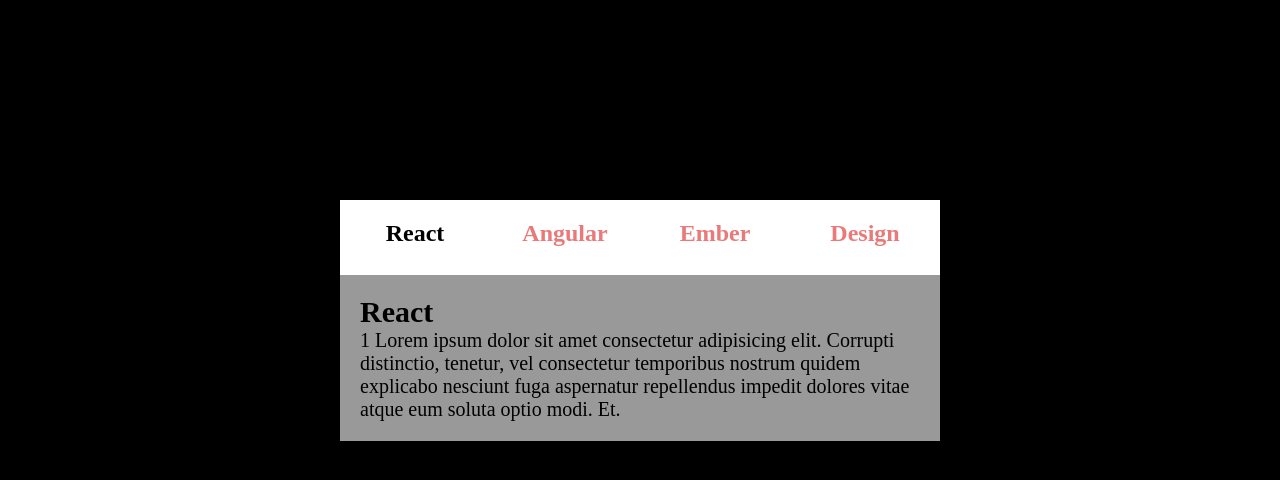
Repository: PCTai/javascript-coban
Page: tab UI/index.html
These files come from the project's save history. The page is drawn as it stood at one moment and after the next save; the edit follows.
The browser window is 1280 px wide. The pictures show the whole page.

Above is the page before, as saved 2022-02-10 09:40:12.
Console error: TypeError: Cannot set properties of undefined (setting 'width')

### tab UI/index.html
<!DOCTYPE html>
<html lang="en">
<head>
    <meta charset="UTF-8">
    <meta http-equiv="X-UA-Compatible" content="IE=edge">
    <meta name="viewport" content="width=device-width, initial-scale=1.0">
    <title>Document</title>
    <link rel="stylesheet" href="./style.css">
</head>
<body>
    <div class="container">
        <div class="tab">
            <div class="tab-item active">React</div>
            <div class="tab-item">Angular</div>
            <div class="tab-item">Ember</div>
            <div class="tab-item">Design</div>

        </div>
        <div class="tab-line"></div>
        <div class="box">
            <div class="box-item active">
                <h2>React</h2>
                1 Lorem ipsum dolor sit amet consectetur adipisicing elit. Corrupti distinctio, tenetur, vel consectetur temporibus nostrum quidem explicabo nesciunt fuga aspernatur repellendus impedit dolores vitae atque eum soluta optio modi. Et.</div>
            <div class="box-item">
                <h2>Angular</h2>
                2 Lorem ipsum dolor sit amet consectetur adipisicing elit. Neque tempore omnis voluptas laudantium ut aperiam odit deleniti temporibus consequatur dolorem incidunt eveniet officia similique, nulla animi tenetur tempora ab maxime!</div>
            <div class="box-item">
                <h2>Ember</h2>
                3 Lorem ipsum dolor sit, amet consectetur adipisicing elit. Dignissimos dicta fugit error laudantium sunt deleniti nemo excepturi perferendis illo, porro animi commodi quis eaque beatae consectetur rerum magni fugiat libero.</div>
            <div class="box-item">
                <h2>Design</h2>
                4 Lorem ipsum dolor sit amet consectetur adipisicing elit. Est qui rem distinctio, earum dolorem ea doloremque mollitia tenetur architecto adipisci nisi aut dolor odio maxime. Suscipit fuga dolorem itaque beatae!</div>
        </div>

    </div>


    <script src="./app.js"></script>
</body>
</html>

### tab UI/style.css
*{
    margin: 0;
    border: 0;
    padding: 0;
}
body{
    background-color: #000;
}
.container{
    width: 600px;
    margin: auto;
    background-color:#fff;
    margin-top: 200px;

}
.tab{
    display: flex;
}
.tab-item{
    flex: 1;
    text-align: center;
    padding: 20px 0;
    opacity: 70%;
    font-size: 24px;
    font-weight: bold;
    color: rgb(226, 65, 65);
}
.tab-item:hover{
    opacity: 100%;
    color: #000;
    background-color: rgb(250, 239, 239);
}
.tab-line{
    width: 0;
    height: 8px;
    left: 0;
    background-color: rgb(226, 65, 65);
    transition: linear 0.3s;
    border-radius: 5px;
}
.tab .active{
    opacity: 100%;
    color: #000;
}
.box .active{
    display: block;

}
.box{
    background-color: #999;
}

.box-item{
    padding: 20px 20px;
    display: none;
    font-size: 20px;
}

### tab UI/app.js
var tabs=document.querySelectorAll('.tab-item');
var boxs=document.querySelectorAll('.box-item');
console.log(tabs,boxs);
var TabLine=document.querySelector('.tab-line');
var tabActive=document.querySelector('.tab .active');
console.log([TabLine]);
TabLine.Style.width=tabActive.offsetWidth +'px';
TabLine.Style.Left=tabActive.offsetleft + 'px';

tabs.forEach((tab,index) => {

    tab.onclick=function(){
        document.querySelector('.tab .active').classList.remove("active");
        tab.classList.add("active");
        document.querySelector('.box .active').classList.remove("active");
        boxs[index].classList.add("active");
        TabLine.style.Width=tabs[index].offsetWidth;
        TabLine.style.Left=tabs[index].offsetleft;
    }
});

After the next save:
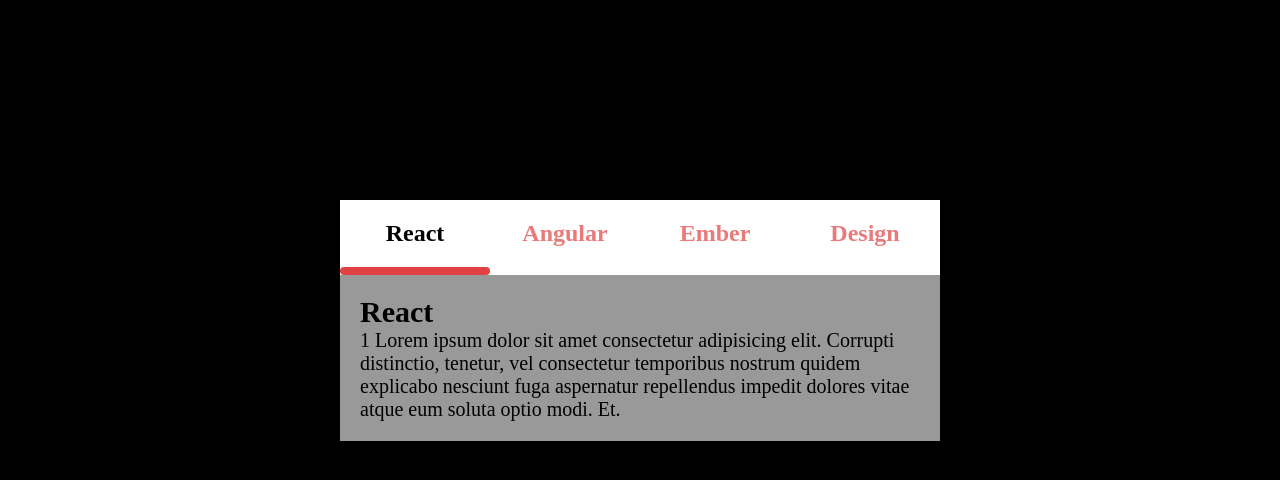
Console error: TypeError: Cannot set properties of undefined (setting 'Left')
Saved 90 s later.
--- a/tab UI/app.js
+++ b/tab UI/app.js
@@ -4,7 +4,7 @@
 var TabLine=document.querySelector('.tab-line');
 var tabActive=document.querySelector('.tab .active');
 console.log([TabLine]);
-TabLine.Style.width=tabActive.offsetWidth +'px';
+TabLine.style.width=tabActive.offsetWidth +'px';
 TabLine.Style.Left=tabActive.offsetleft + 'px';
 
 tabs.forEach((tab,index) => {
